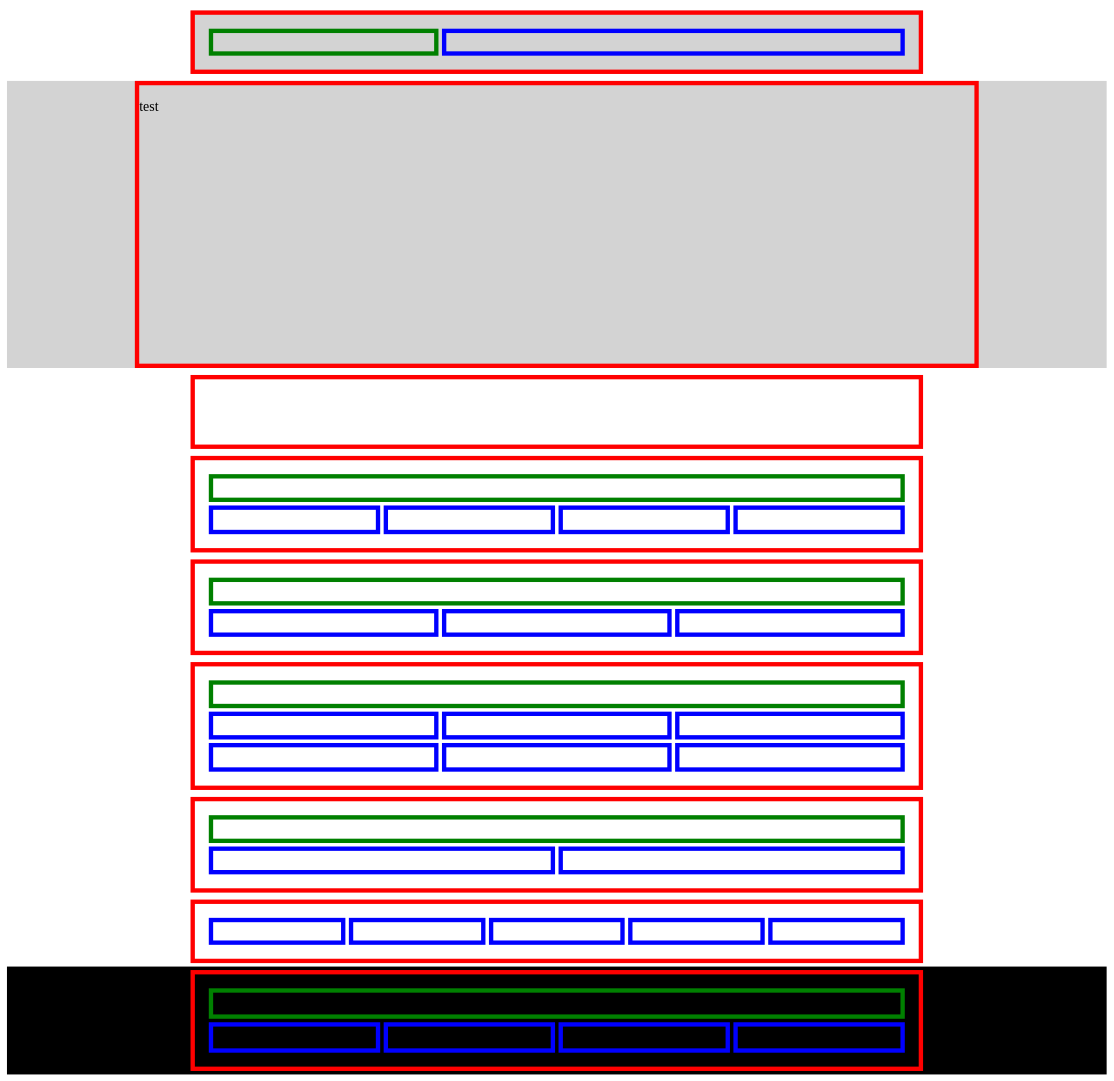
Repository: anderscederberg11/LAB2BG
Page: index.html
An editor plug-in stored every save of this project. The page is shown before and after the next save, followed by the edit.
The browser window is 1280 px wide. The pictures show the whole page, at 87% of full size.

Above is the page before, as saved 2024-01-26 12:17:12.

### index.html
<!doctype html>
<html class="no-js" lang="en">

<head>
  <meta charset="utf-8">
  <meta name="viewport" content="width=device-width, initial-scale=1">
  <title>Sebastians Wonderful Website</title>
  <link rel="stylesheet" href="css/style.css">
  <meta name="description" content="sebastians website">
  <meta property="og:title" content="Sebastians Wonderful Website">
  <meta property="og:type" content="website">
  <meta property="og:url" content="https://www.SebastianWebsite.com">
  <!--<meta property="og:image" content=""> -->

  <link rel="icon" href="/favicon.ico" sizes="any">
  <link rel="icon" href="/icon.svg" type="image/svg+xml">
  <link rel="apple-touch-icon" href="icon.png">

</head>
    <body class="displayContainer">

        <header class="headerContainer">
            <div class="headerTitleContainer">
                <h1 class="title"></h1>
            </div>
            <div class="headerImageContainer"></div>
        </header>

        <div class="sectionOne">
            <div class="sectionOneImage">
                <div class="sectionOneList">
                    <p>test</p>
                </div>
                <!-- image -->
            </div>
        </div>

        <div class="sectionTwo">
            <h1 class="title"></h1>
        </div>

        <div class="sectionThree">
            <div class="headerSectionThree">
                <h2 class="secondHeader"></h2>
                <h5 class="subHeader"></h5>
            </div>
            <div class="card"></div>
            <div class="card"></div>
            <div class="card"></div>
            <div class="card"></div>
        </div>

        <div class="sectionFour">
            <div class="headerSectionFour">
                <h2 class="secondHeader"></h2>
                <h5 class="subHeader"></h5>
            </div>
            <div class="card-special"></div>
            <div class="card"></div>
            <div class="card"></div>
        </div>

        <div class="sectionFive">
            <div class="headerSectionFive">
                <h2 class="secondHeader"></h2>
                <h5 class="subHeader"></h5>
            </div>
            <div class="card"></div>
            <div class="card"></div>
            <div class="card"></div>
            <div class="card"></div>
            <div class="card"></div>
            <div class="card"></div>
        </div>

        <div class="sectionSix">
            <div class="headerSectionSix">
                <h2 class="secondHeader"></h2>
                <h5 class="subHeader"></h5>
            </div>
            <div class="card-special"></div>
            <div class="card-special"></div>
        </div>

        <div class="sectionSeven">
            <div class="card"></div>
            <div class="card"></div>
            <div class="card"></div>
            <div class="card"></div>
            <div class="card"></div>
        </div>

        <footer class="footerContainer">
            <div class="sectionFooter">
                <div class="footerInfo"><h6></h6></div>
                <div class="footerInfoCard"><h4></h4></div>
                <div class="footerInfoCard"><h4></h4></div>
                <div class="footerInfoCard"><h4></h4></div>
                <div class="footerInfoCard"><h4></h4></div>
            </div>
        </footer>

    </body>
</html>

### css/style.css
.displayContainer{
  display:flex;
  flex-direction: column;
  align-items: center;
}

.card, .card-special {
  border: 5px solid blue;
}

.headerContainer{
  grid-template-columns: repeat(3, 1fr);
  background-color: lightgrey;
}

.headerTitleContainer{
  border: 5px solid green;
}

.headerImageContainer{
  grid-column: 2/4;
  border: 5px solid blue;
}

.sectionOne{
  display:flex;
  flex-direction: column;
  align-items: center;
  background-color: lightgrey;
  width:100%;
  border:none;
  margin:0.25em;
}

.sectionOneList{

}

.sectionOneImage{
  width:60em;
  height:20em;
  border: 5px solid red;
}

.headerContainer, .sectionTwo, .sectionThree, .sectionFour, .sectionFive, .sectionSix, .sectionSeven, .sectionFooter{
  display:grid;
  width:50em;
  grid-gap:0.25em;
  padding:1em;
  margin:0.25em;
  border: 5px solid red;
}
.headerSectionThree, .headerSectionFour, .headerSectionFive, .headerSectionSix, .footerInfo{
  border: 5px solid green;
}

.sectionThree, .sectionFooter{
  grid-template-columns: repeat(4, 1fr);
  grid-template-rows: repeat(2, 1fr);
}

.headerSectionThree, .footerInfo{
  grid-column: span 4;
}

.sectionFour{
  grid-template-columns: repeat(3, 1fr);
  grid-template-rows: repeat(2, 1fr);
}

.headerSectionFour{
  grid-column: span 3;
}

.sectionFive{
  grid-template-columns: repeat(3, 1fr);
  grid-template-rows: repeat(3, 1fr);
}

.headerSectionFive{
  grid-column: span 3;
}

.sectionSix{
  grid-template-columns: repeat(2, 1fr);
  grid-template-rows: repeat(2, 1fr);
}

.headerSectionSix{
  grid-column: span 2;
}

.sectionSeven{
  grid-template-columns: repeat(5, 1fr);
  height:31.51px; /*REMOVE*/
}

.footerContainer{
  display:flex;
  flex-direction: column;
  align-items: center;
  width:100%;
  background-color: black;
}

.sectionFooter{

}

.footerInfo{

}

.footerInfoCard{
  border: 5px solid blue;
}

@media screen and (max-width: 40em) {
  .sectionThree, .sectionFour, .sectionFooter, .sectionFive{
    grid-template-columns: repeat(2, 1fr);
    grid-template-rows: repeat(3, 1fr);
  }

  .headerSectionThree, .footerInfo, .headerSectionFour, .sectionFour .card-special, .headerSectionFive {
    grid-column: span 2;
  }

  .sectionFive{
    grid-template-rows: repeat(4, 1fr);
  }

  .sectionSix{
    grid-template-columns: repeat(1, 1fr);
    grid-template-rows: repeat(3, 1fr);
  }

  .headerSectionSix{
    grid-column: span 1;
  }

}

After the next save:
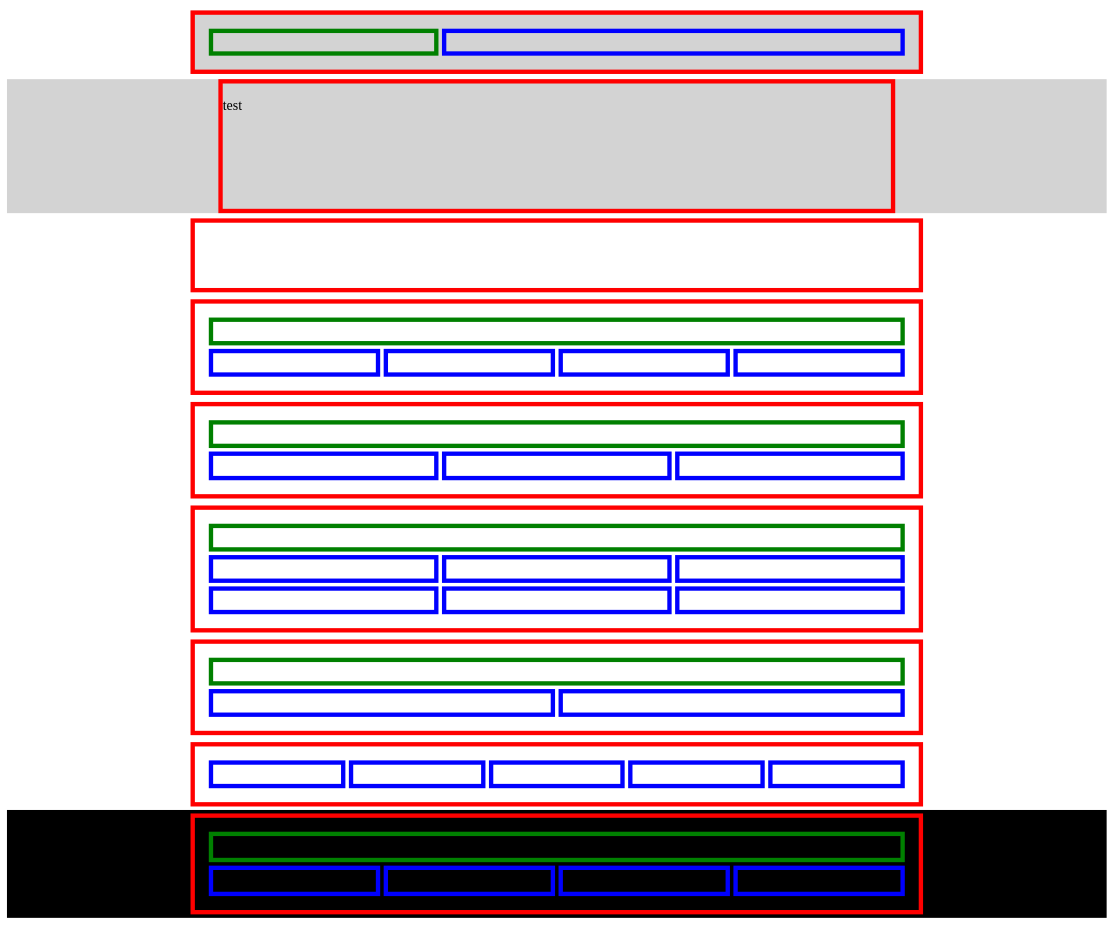
Saved 4 days later.
--- a/css/style.css
+++ b/css/style.css
@@ -29,7 +29,7 @@
   background-color: lightgrey;
   width:100%;
   border:none;
-  margin:0.25em;
+  margin:0.25vh;
 }
 
 .sectionOneList{
@@ -37,8 +37,8 @@
 }
 
 .sectionOneImage{
-  width:60em;
-  height:20em;
+  width:60vw;
+  height:20vh;
   border: 5px solid red;
 }
 
